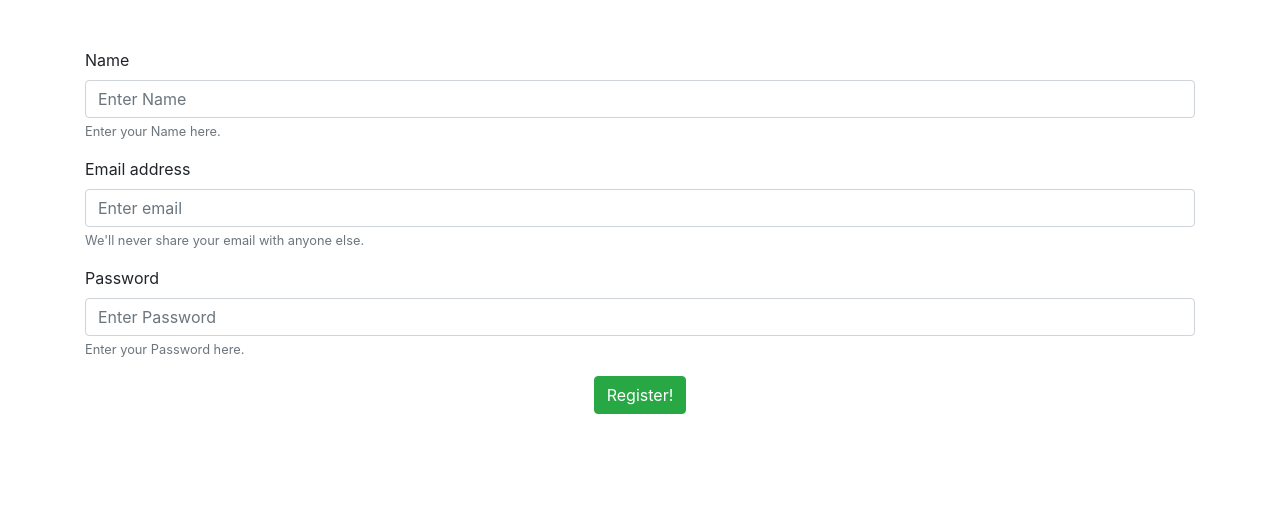
Repository: high-in-entropy/SpringFramework
Page: http://localhost/springmvc/WEB-INF/views/register.jsp
An editor plug-in stored every save of this project. The page is shown before and after the next save, followed by the edit.
The browser window is 1280 px wide. The pictures show the whole page.
Some web libraries are served in a nearby version. The page is served by Tomcat 9. Nobody is signed in. The template is opened directly, without the code that normally fills it, so the values that code supplies are empty.

Above is the page before, as saved 2021-08-24 05:42:57.

After the next save:
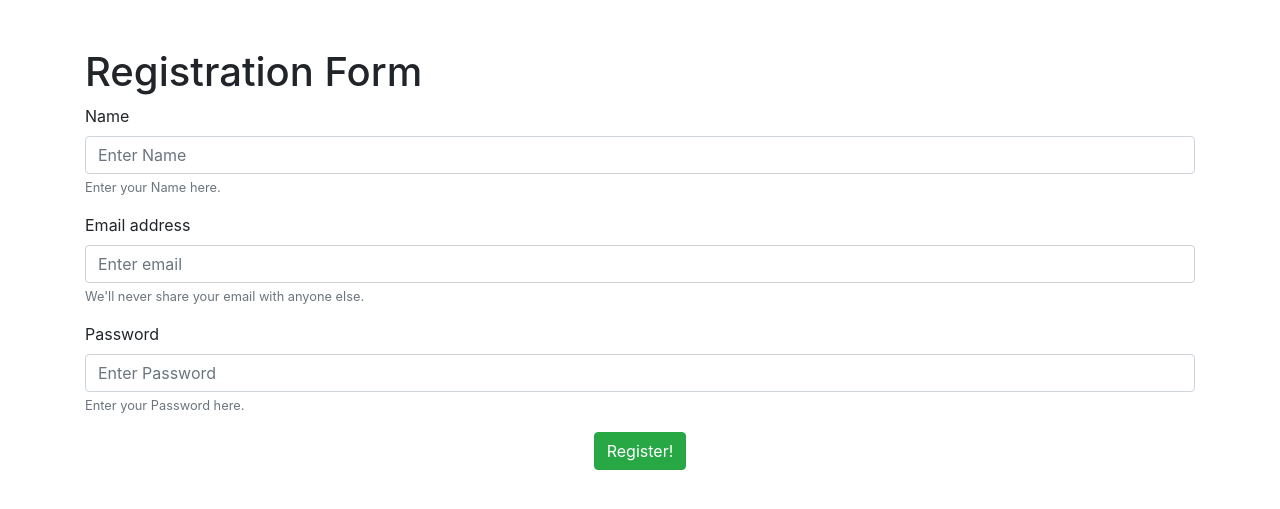
Saved 43 s later.
--- a/springmvc/src/main/webapp/WEB-INF/views/register.jsp
+++ b/springmvc/src/main/webapp/WEB-INF/views/register.jsp
@@ -15,6 +15,7 @@
   <body>
 
    <div class="container mt-5">
+   <h1>Registration Form</h1>
    <form>
    		<div class="form-group">
    			<label for="userName">Name</label>
